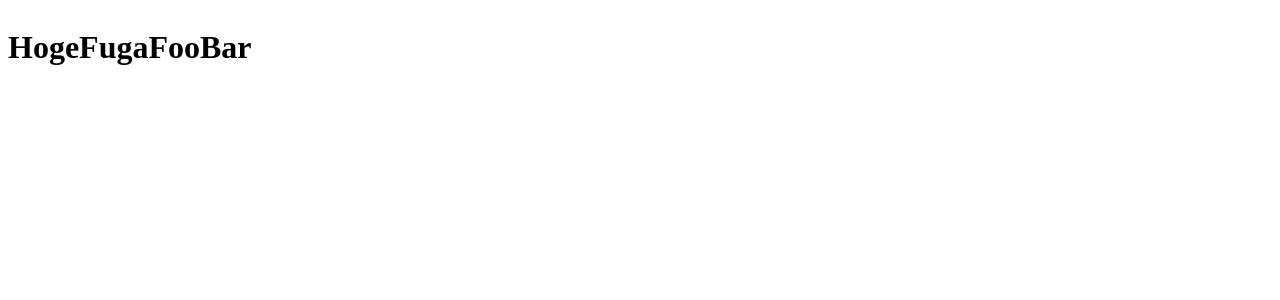
Repository: KAZMA5/samurai_HTML-CSS
Page: 6章まで/index5.html
The author's editor kept a record of every edit. The page is drawn from the files as they stood at one moment, then again after the next edit.
The browser window is 1280 px wide. The pictures show the whole page.

Above is the page before.

### 6章まで/index5.html
<html lang="ja">
    <head>
        <style>
            #space-between {
                display: flex;
                align-items: space-between;
            }
        </style>
    </head>
    <body>
        <div id="space-between">
            <h1>Hoge</h1>
            <h1>Fuga</h1>
            <h1>Foo</h1>
            <h1>Bar</h1>
        </div>
    </body>
</html>

After the next edit:
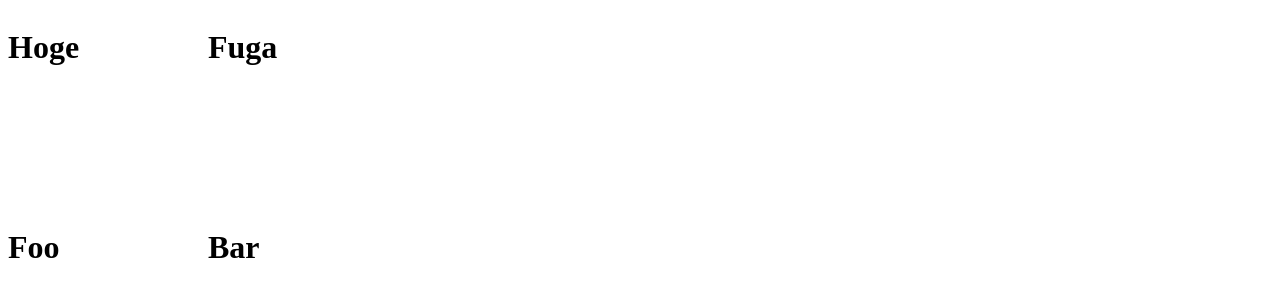
The edit:
--- a/6章まで/index5.html
+++ b/6章まで/index5.html
@@ -1,14 +1,15 @@
 <html lang="ja">
     <head>
         <style>
-            #space-between {
-                display: flex;
-                align-items: space-between;
+            #grid {
+                display: grid;
+                grid-template-columns: 200px 200px;
+                grid-template-rows: 200px 200px;
             }
         </style>
     </head>
     <body>
-        <div id="space-between">
+        <div id="grid">
             <h1>Hoge</h1>
             <h1>Fuga</h1>
             <h1>Foo</h1>
